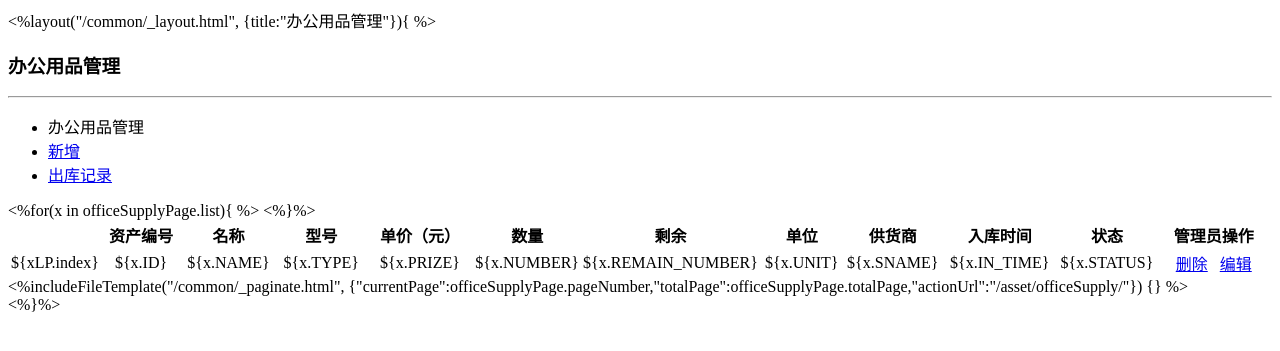
Repository: GaoChengliang/summerTask
Page: Campus_gcl/WebRoot/asset_management/office_supply/office_supply.html
An editor plug-in stored every save of this project. The page is shown before and after the next save, followed by the edit.
The browser window is 1280 px wide. The pictures show the whole page.

Above is the page before, as saved 2015-07-29 08:42:56.

After the next save:
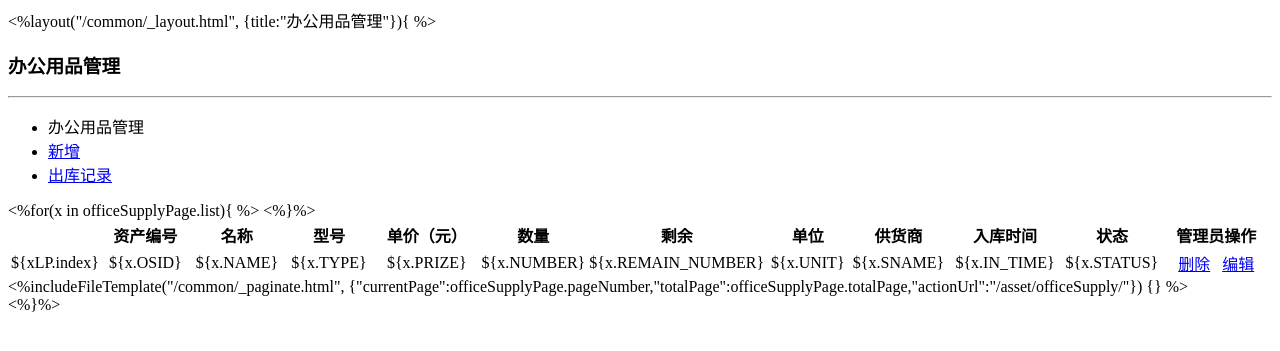
Saved 4 min 48 s later.
--- a/Campus_gcl/WebRoot/asset_management/office_supply/office_supply.html
+++ b/Campus_gcl/WebRoot/asset_management/office_supply/office_supply.html
@@ -14,6 +14,7 @@
         <table class="table table-hover">
             <thead>
             <tr>
+             	<th hidden="true"></th>
                 <th style="text-align:center; width:3%"></th>
                 <th style="text-align:center; width:8%">资产编号</th>
                 <th style="text-align:center; width:8%">名称</th>
@@ -31,8 +32,9 @@
 			<tbody>
            <%for(x in officeSupplyPage.list){ %>
                 <tr>
+                	<td style="text-align:center;" hidden="true">${x.ID}</td>
                     <td style="text-align:center;">${xLP.index}</td>
-                    <td style="text-align:center;">${x.ID}</td>
+                    <td style="text-align:center;">${x.OSID}</td>
                     <td style="text-align:center;">${x.NAME}</td>
                     <td style="text-align:center;">${x.TYPE}</td>
                     <td style="text-align:center;">${x.PRIZE}</td>
